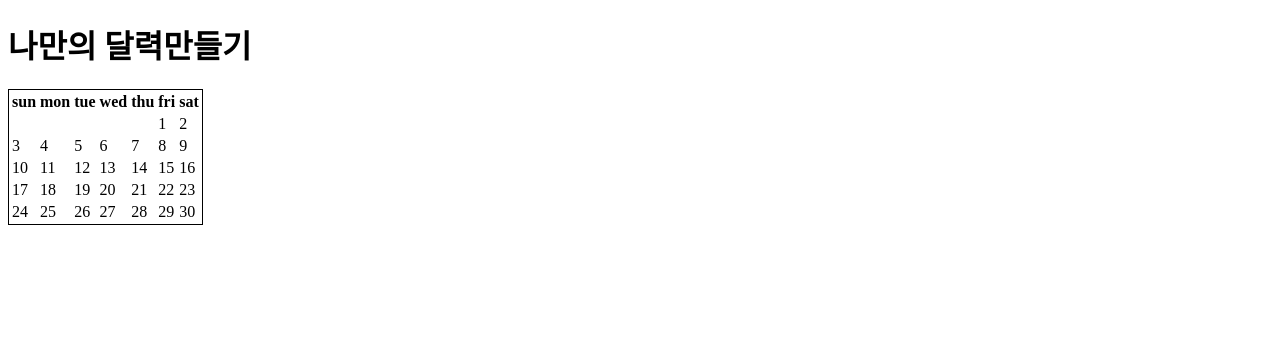
Repository: rong9835/spc2026
Page: homework/calendar.html
The author's editor kept a copy of each file at every save. The page is drawn from the files as they stood at one save, then again after the next save.
The browser window is 1280 px wide. The pictures show the whole page.

Above is the page before, as saved 2026-04-22 22:47:23.

After the next save:
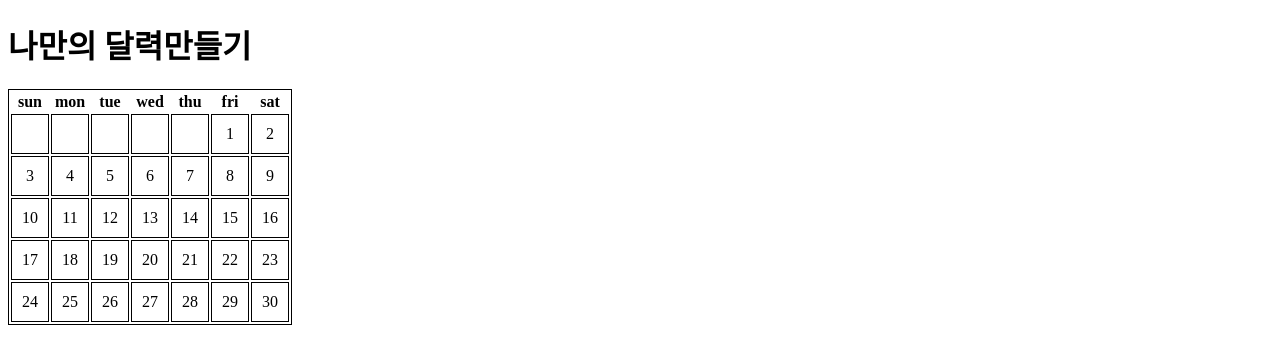
Saved 31 s later.
--- a/homework/calendar.html
+++ b/homework/calendar.html
@@ -8,7 +8,7 @@
   </head>
   <body>
     <h1>나만의 달력만들기</h1>
-    <table class="calendar">
+    <table id="calendar">
       <tr>
         <th>sun</th>
         <th>mon</th>
